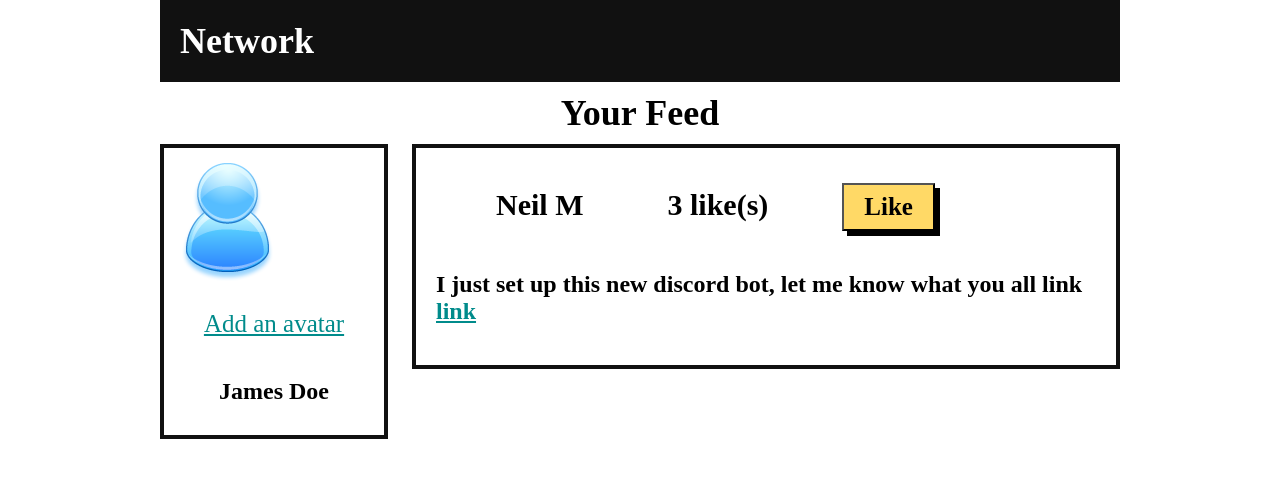
Repository: Blender20/liking_likes
Page: index.html
An editor plug-in stored every save of this project. The page is shown before and after a run of saves, followed by the edit.
The browser window is 1280 px wide. The pictures show the whole page.
Some web fonts or font styles are not loaded; a fallback is used.

Above is the page before, as saved 2022-03-30 11:28:03.

### index.html
<!DOCTYPE html>
<html lang="en">

<head>
  <meta charset="UTF-8">
  <meta http-equiv="X-UA-Compatible" content="IE=edge">
  <meta name="viewport" content="width=device-width, initial-scale=1.0">
  <link rel="stylesheet" href="style.css">
  <title>Document</title>
</head>

<body>
  <nav>
    <h1>Network</h1>
  </nav>
  <div class="feed">
    <h1>Your Feed</h1>
  </div>
  <div class="container flex">
    <div class="leftColumn">
      <div class="img">
        <img src="./user.png" alt="user icon">
      </div>

      <div class="addAvatar"><a href="#">Add an avatar</a>
      </div>
      <div class="userInput">
        <h2>James Doe</h2>
      </div>
    </div>

    <div class="right">
      <h3>Neil M</h3>
      <h3><span id="likeCount">3</span> like(s)</h3>
      <button onclick="addLike()" id="like">Like</button>

      <div class="text-box">
        <h2>I just set up this new discord bot, let me know what you all link <a href="#">link</a></h2>
      </div>
    </div>
  </div>
  <script src="script.js"></script>
</body>

</html>

### style.css
@import url('https://fonts.googleapis.com/css2?family=Balsamiq+Sans:ital,wght@0,400;0,700;1,700&display=swap');
  *{
  padding: 0;
  margin: 0;
  box-sizing: border-box;
  font-family: 'Balsamiq Sans', cursive;
}

.flex {
  display: flex;
  justify-content: space-between;
  align-self: center;
  gap:1.5em;
}
nav{
  min-height: 70px;
  background-color: #111;
  display: block;
  width: 75%;
  margin: 0 auto;

  color: #fff;
  font-family: "balsamiq Sans";
  padding: 10px
}
.container {
  margin: 0 auto;
  width: 75%

}

 .leftColumn{
  border: 4px solid #111;
  /* margin-top: 50px; */
  flex:1;
  margin: 0 auto;

 }

.right {
  border: 4px solid #111;
  /* justify-content: space-between; */
 /* align-items: center; */
 flex:3;
 padding: 20px;
 height: 225px;
}


h1 {

  font-size: 36px;
  padding: 10px;
}
h2 {
  /* display:inline-block */
  font-size: ;


}
h3 {
  font-size: 30px;
  display: inline;
  padding-left: 40px;
  margin:20px;
  text-align: end;

}
.feed {
  text-align: center;
  justify-content: center;
}
.text-box {
  margin-top: 40px;
}
a {
  color: darkcyan
}


#like {
  background-color: #FFD966;
  padding: 8px 20px;
  margin-top: 15px;
  margin-left: 50px;
  font-weight: 900;
  font-size: 25px;
  box-shadow: 5px 5px;

}
.avatar{

  text-align: center;

}
.addAvatar{
  margin-top: 20px;
  text-align: center;
  font-size: 25px;

}
.userInput {
  text-align: center;
  margin-top: 40px;
  margin-bottom: 30px;
}
.img {
  margin-top: 10px;
  margin
}

### script.js
var likeCount = document.querySelector('#likeCount')
console.log(likeCount)
function addLike() {

  likeCount.innerText++;

}

After the next 3 saves:
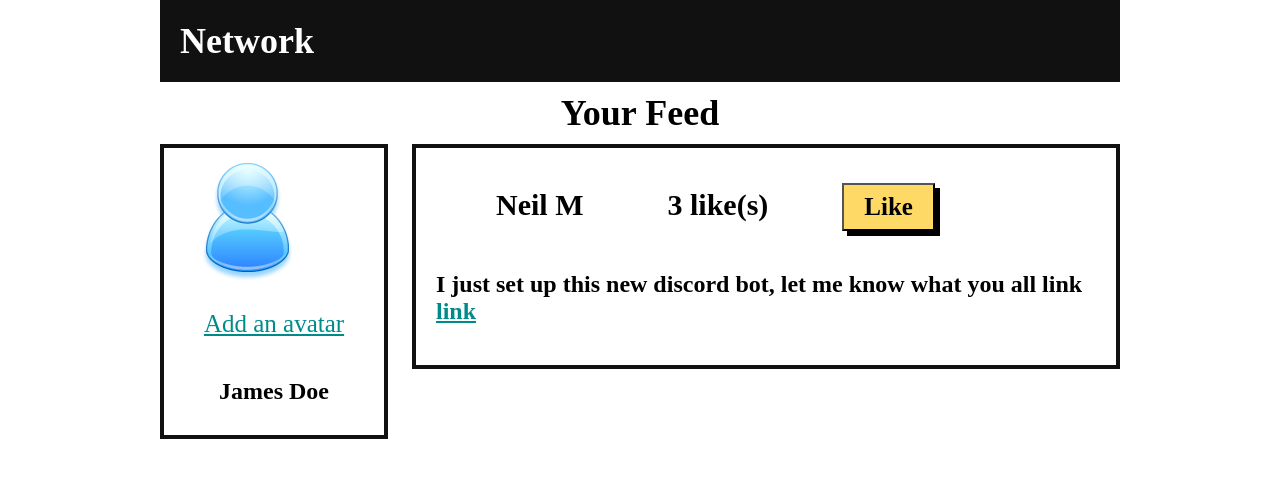
The 3 saves are shown as one change because they came seconds apart.
The last was saved 10 s later.
--- a/style.css
+++ b/style.css
@@ -106,5 +106,5 @@ a {
 }
 .img {
   margin-top: 10px;
-  margin
+  margin-left: 20px
 }
